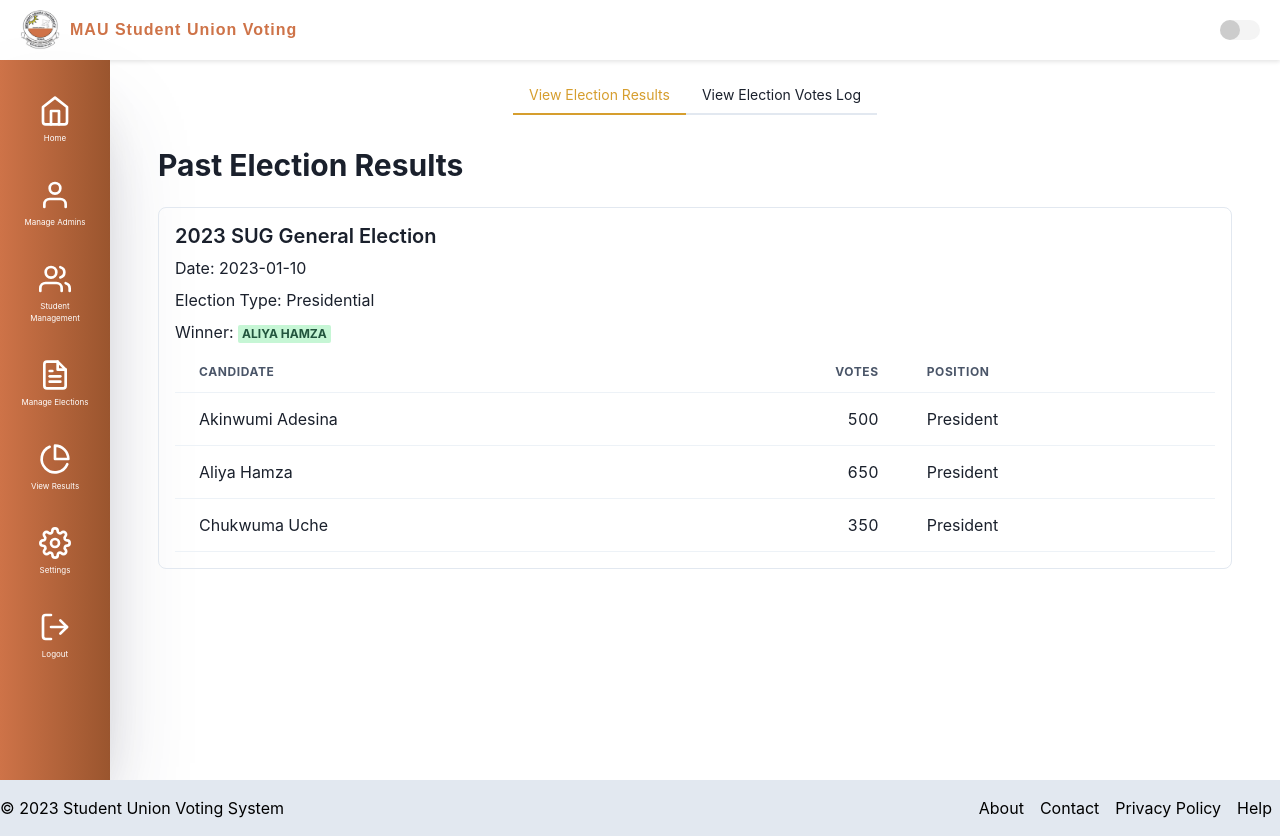
Repository: joena1o/e-vote
Page: /admin-dashboard/view-results
The author's editor kept a copy of each file at every save. The page is drawn from the files as they stood at one save, then again after the next save.
The browser window is 1280 px wide. The pictures show the whole page.
The project was rebuilt for these pictures with package versions that can differ from the ones it lists, and the page was loaded fresh each time. Also part of the build but not shown: src/components/EnhancedLogin.js, src/components/maincontent/RegisterStudents/ManageStudents.js, src/components/maincontent/RegisterStudents/RegisterStudents.js, src/components/maincontent/RegisterStudents/StudentManagement.js, src/components/maincontent/ElectionResults/report.js, src/components/maincontent/Settings/Settings.js, src/api/index.js, src/components/maincontent/home/Home.styles.js and 21 more.

Above is the page before, as saved 2023-11-24 22:37:29.

After the next save:
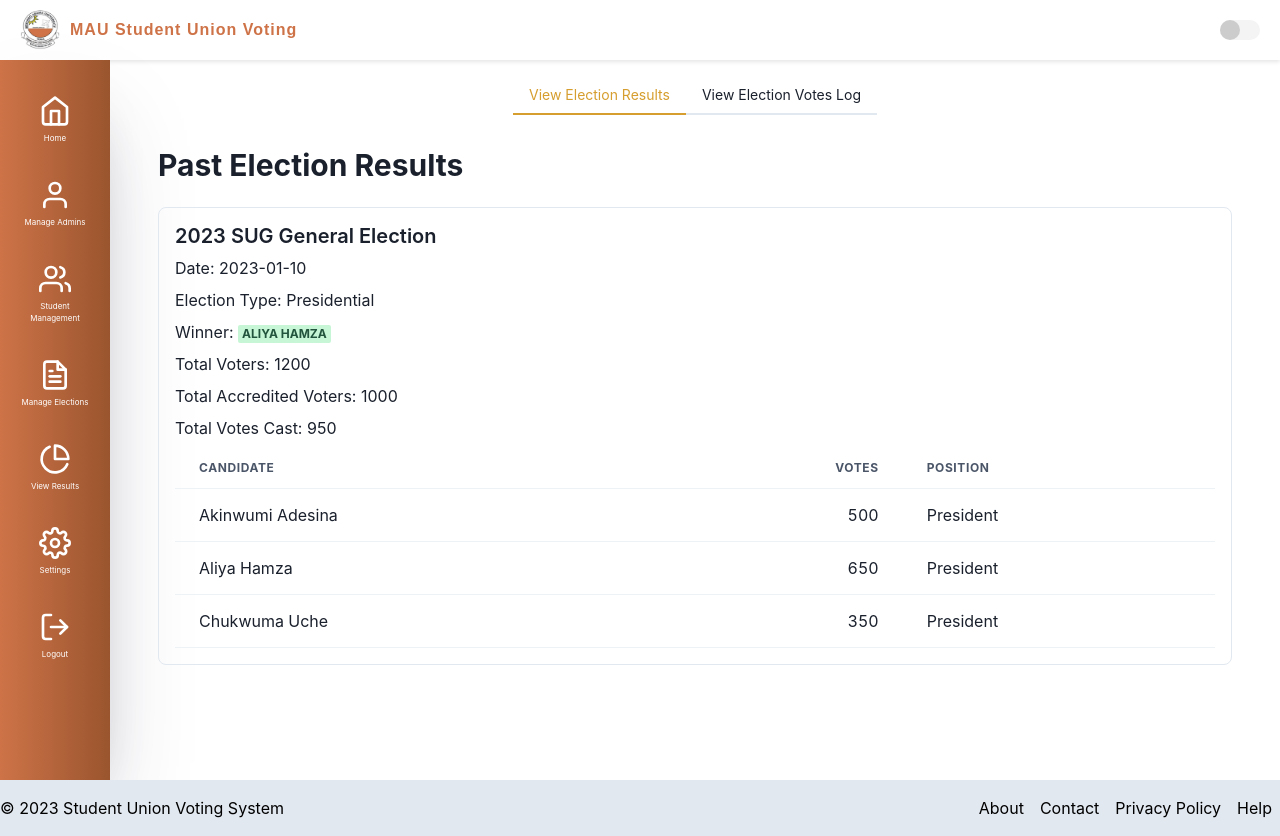
Saved 3 min 48 s later.
--- a/src/components/maincontent/ElectionResults/ViewResults.js
+++ b/src/components/maincontent/ElectionResults/ViewResults.js
@@ -7,9 +7,12 @@ const ViewResults = () => {
   const mockPastElectionResults = [
     {
       id: 1,
-      electionName: '2023 SUG  General Election',
+      electionName: '2023 SUG General Election',
       date: '2023-01-10',
       electionType: 'Presidential',
+      totalVoters: 1200,
+      totalAccreditedVoters: 1000,
+      totalVotesCast: 950,
       candidates: [
         { name: 'Akinwumi Adesina', votes: 500, position: 'President' },
         { name: 'Aliya Hamza', votes: 650, position: 'President' },
@@ -40,6 +43,9 @@ const ViewResults = () => {
           <Text>Date: {election.date}</Text>
           <Text>Election Type: {election.electionType}</Text>
           <Text>Winner: <Badge colorScheme="green">{election.winner}</Badge></Text>
+          <Text>Total Voters: {election.totalVoters}</Text>
+          <Text>Total Accredited Voters: {election.totalAccreditedVoters}</Text>
+          <Text>Total Votes Cast: {election.totalVotesCast}</Text>
           <Table variant="simple">
             <Thead>
               <Tr>
